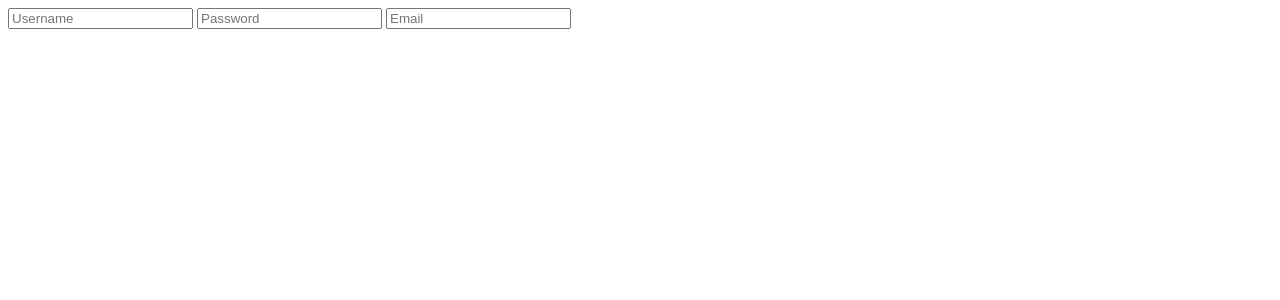
Repository: Sumitgupta54856171/Social-media-web_app
Page: backendform/views/registion.html
The author's editor kept a copy of each file at every save. The page is drawn from the files as they stood at one save, then again after the next save.
The browser window is 1280 px wide. The pictures show the whole page.

Above is the page before, as saved 2025-04-13 09:38:36.

### backendform/views/registion.html
<!DOCTYPE html>
<html lang="en">
<head>
    <meta charset="UTF-8">
    <meta name="viewport" content="width=device-width, initial-scale=1.0">
    <title>Document</title>
</head>
<body>
    <form action="/register" method="post">
        <input type="text" name="username" placeholder="Username" required>
        <input type="password" name="password" placeholder="Password" required>
        <input type="email" name="email" placeholder="Email" required>
    </form>
</body>
</html>

After the next save:
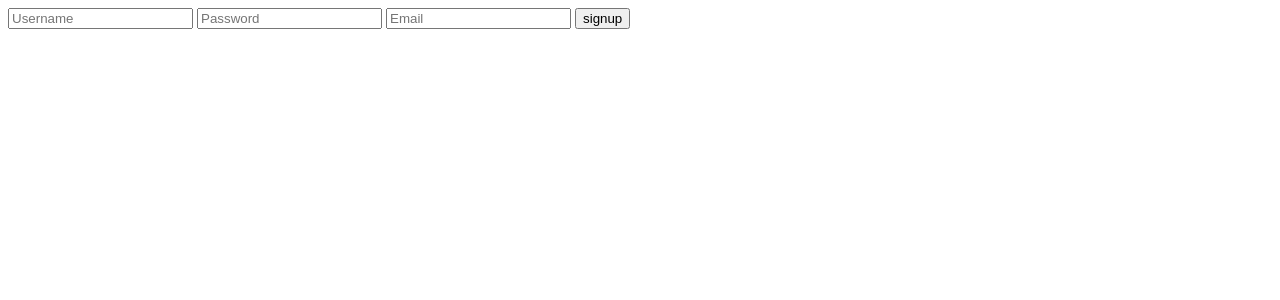
Saved 34 s later.
--- a/backendform/views/registion.html
+++ b/backendform/views/registion.html
@@ -10,6 +10,7 @@
         <input type="text" name="username" placeholder="Username" required>
         <input type="password" name="password" placeholder="Password" required>
         <input type="email" name="email" placeholder="Email" required>
+        <button>signup</button>
     </form>
 </body>
 </html>
